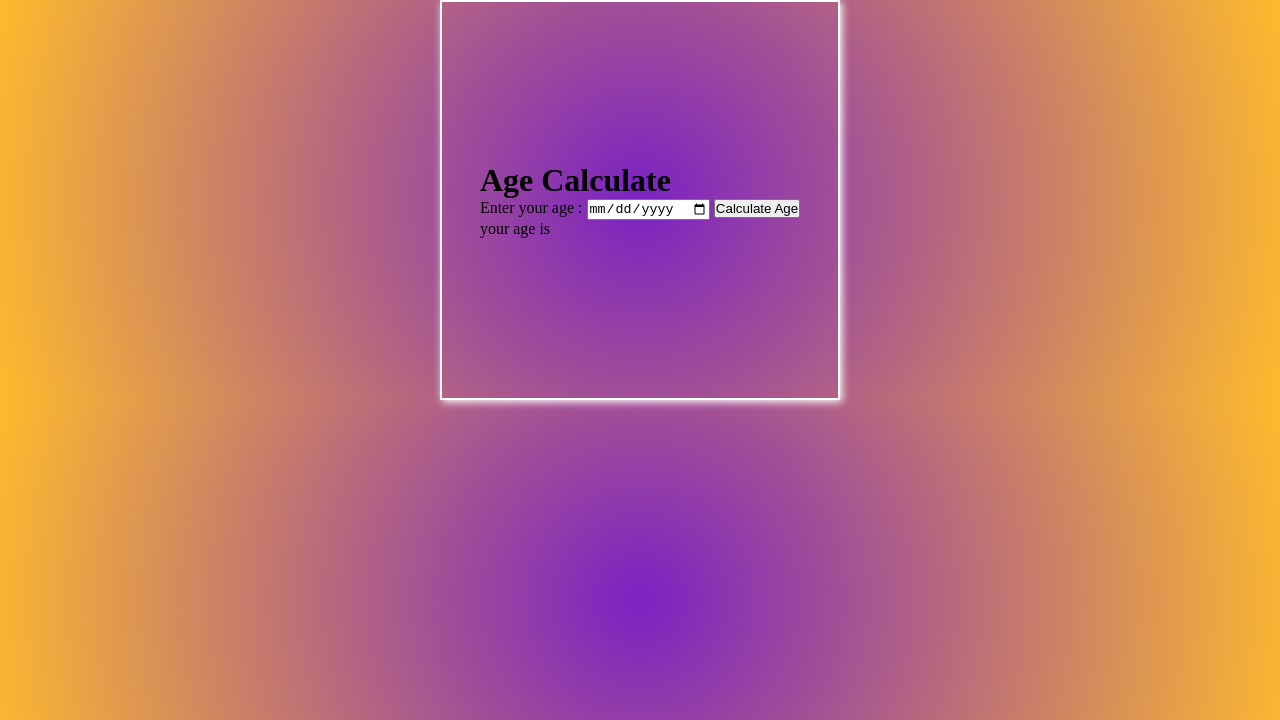
Repository: sristigupta04/basic-js-project
Page: age calculator/age.html
These files come from the project's save history. The page is drawn as it stood at one moment and after the next save; the edit follows.
The browser window is 1280 px wide. The pictures show the whole page.

Above is the page before, as saved 2025-11-07 15:04:39.

### age calculator/age.html
<!DOCTYPE html>
<html lang="en">
<head>
    <meta charset="UTF-8">
    <meta name="viewport" content="width=device-width, initial-scale=1.0">
    <title>Document</title>
    <link rel="stylesheet" href="age.css"/>
</head>
<body>
    <div class="main">
    <div class="age">
    <h1>Age Calculate</h1>
    <label for="eventDate">Enter  your age :</label>
<input type="date" id="eventDate" name="eventDate">
<button>Calculate Age</button>
<p id="realage">your age is </p></div></div>
</body>
</html>

### age calculator/age.css
*{
    padding: 0;
    margin: 0;
    box-sizing: border-box;
}
body{
    display: flex;
    justify-content: center;
    align-items: center;
   background: #7b22c3;
background: radial-gradient(circle, rgba(123, 34, 195, 1) 0%, rgba(253, 187, 45, 1) 100%);
}

.main{
    display: flex;
    justify-content: center;
    align-items: center;
    border:2px solid white;
    height: 400px;
    width: 400px;
    box-shadow: 2px 2px 8px white;
    padding: 15px;

}

After the next save:
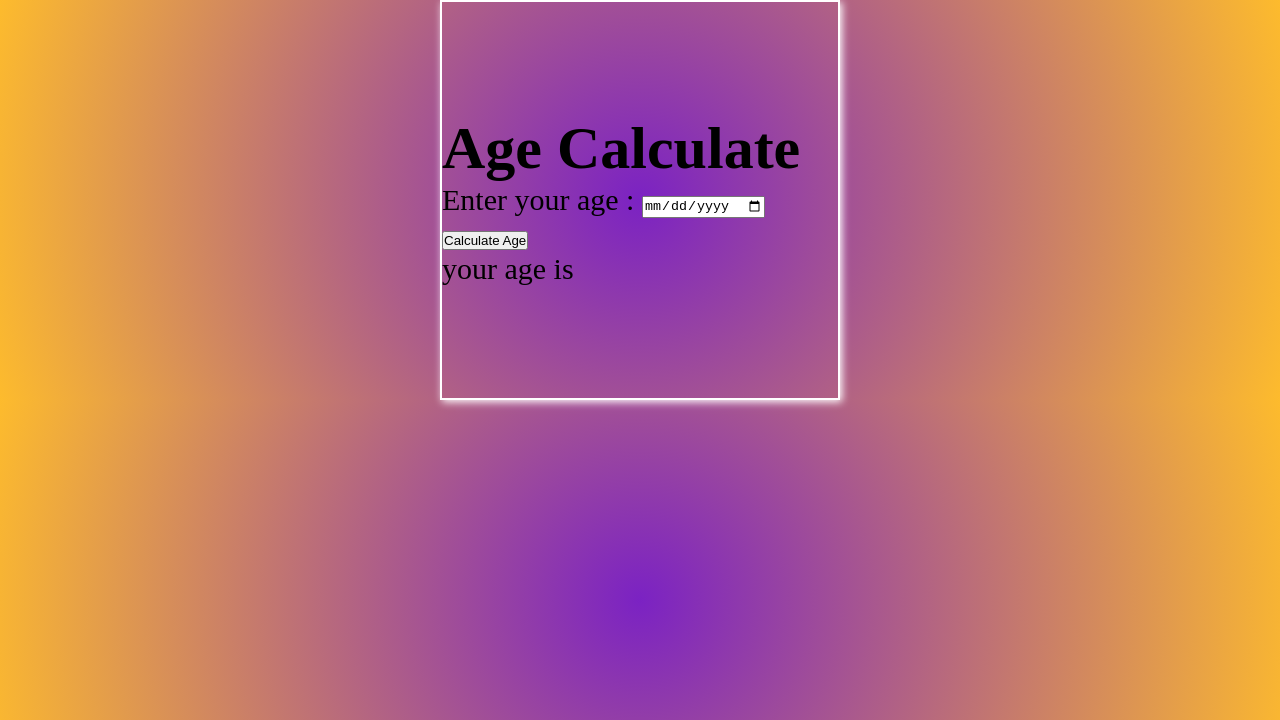
Saved 16 s later.
--- a/age calculator/age.css
+++ b/age calculator/age.css
@@ -19,6 +19,6 @@ background: radial-gradient(circle, rgba(123, 34, 195, 1) 0%, rgba(253, 187, 45,
     height: 400px;
     width: 400px;
     box-shadow: 2px 2px 8px white;
-    padding: 15px;
+    font-size: 30px;;
 
 }
